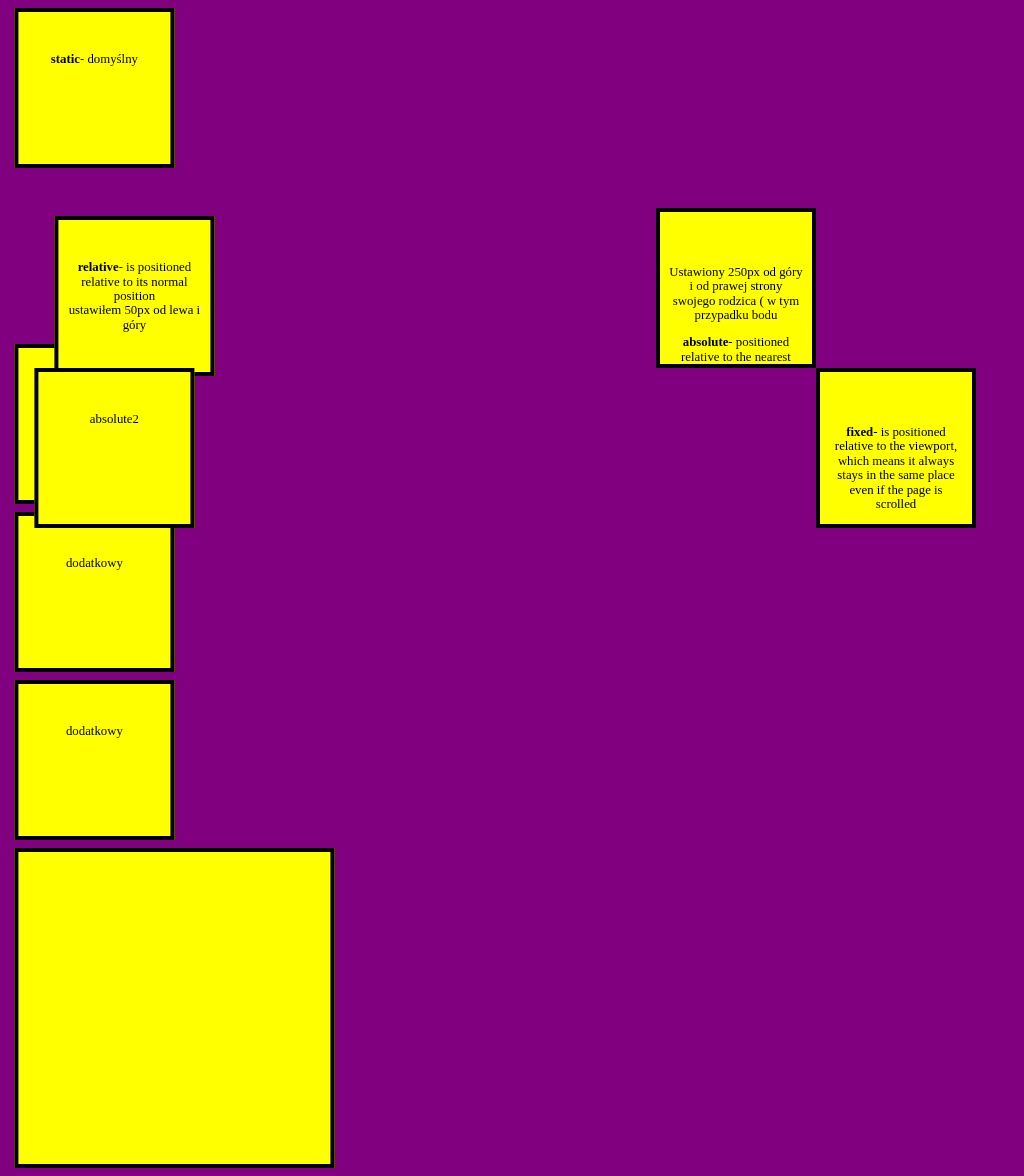
Repository: quenrythane/homepage
Page: CSS positions/CSS-positions.html
These files come from the project's save history. The page is drawn as it stood at one moment and after the next save; the edit follows.
The browser window is 1280 px wide. The pictures show the whole page, at 80% of full size.

Above is the page before, as saved 2020-10-11 04:05:45.

After the next save:
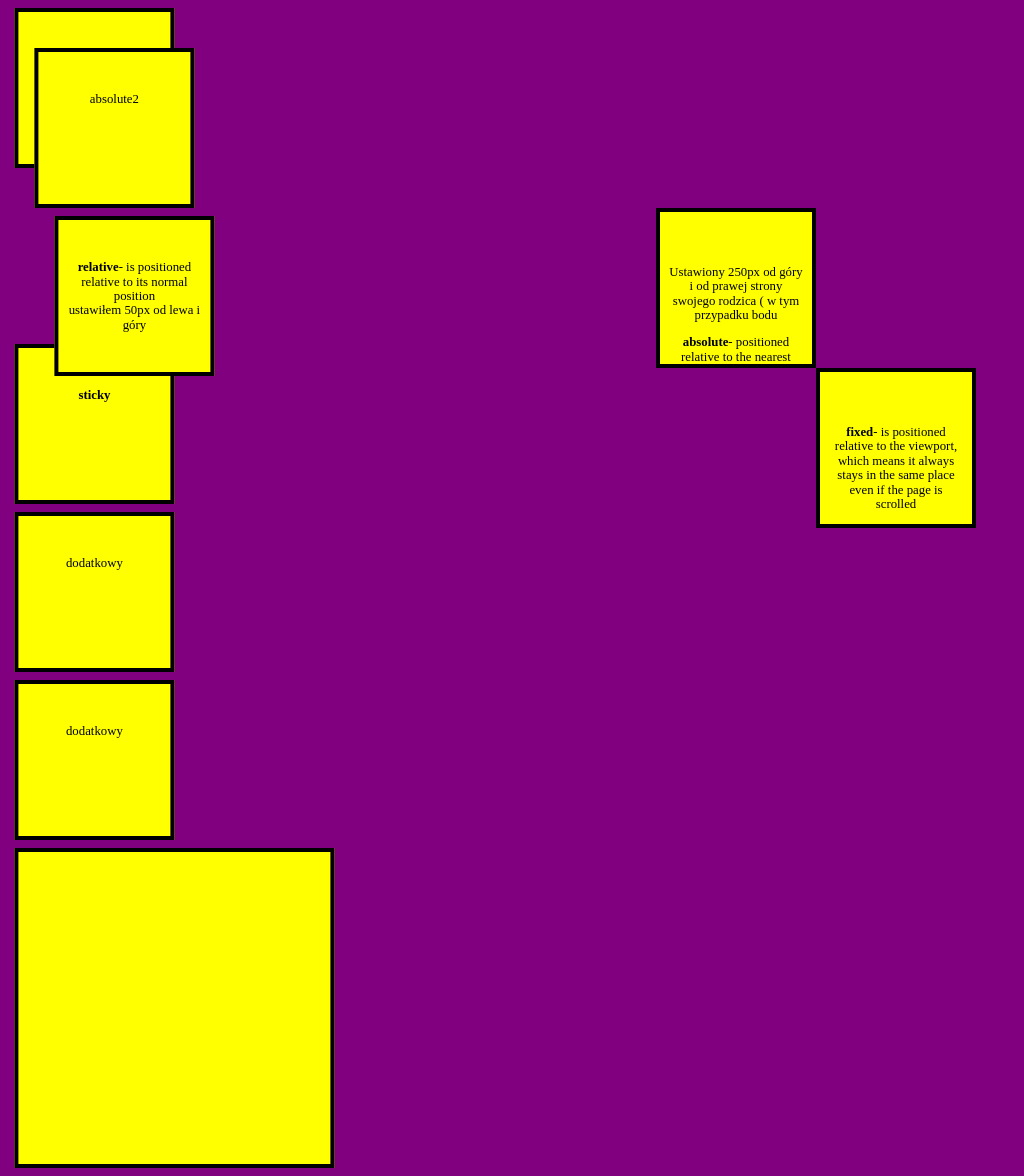
Saved 58 s later.
--- a/CSS positions/CSS-positions.css
+++ b/CSS positions/CSS-positions.css
@@ -44,7 +44,7 @@ body {
 
 .absolute2 {
     position: absolute;
-    bottom: 50px;
+    top: 50px;
 }
 
 .sticky{
